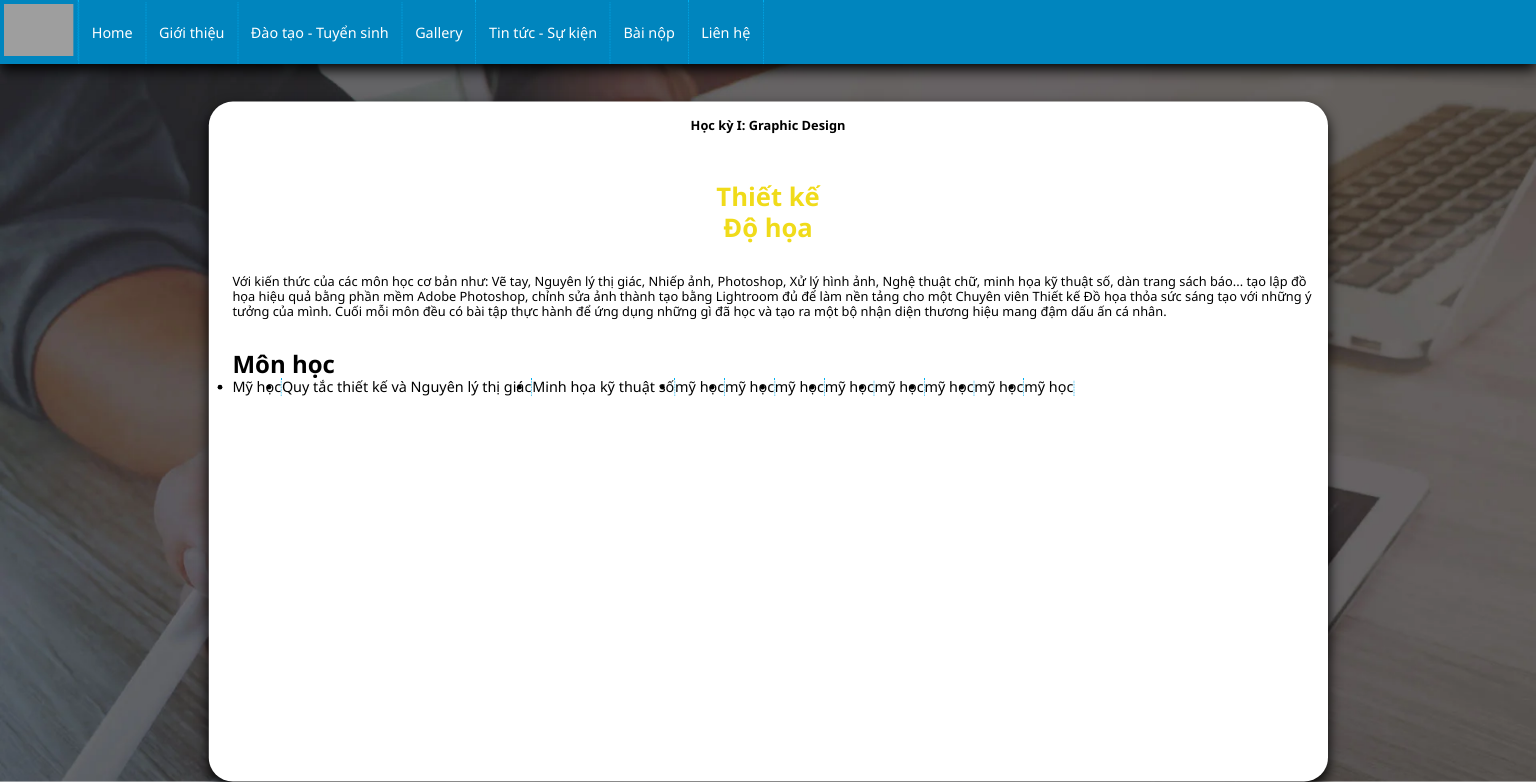
Repository: arena-dttan/dcw-final-exam-d2107m1
Page: final-list/DCW_Final_5_Nguyen-Thi-Thu-Huong_D2107M1/chuong-trinh-dao-tao.html
The author's editor kept a copy of each file at every save. The page is drawn from the files as they stood at one save, then again after a run of saves.
The browser window is 1280 px wide. The page is 1920 px wide, so the pictures cover 1920 px, including what lies to the right of the window. The pictures show the whole page, at 80% of full size.
Pictures or frames that could not be fetched are drawn as grey boxes.

Above is the page before, as saved 2022-06-26 19:40:38.

After the next 2 saves:
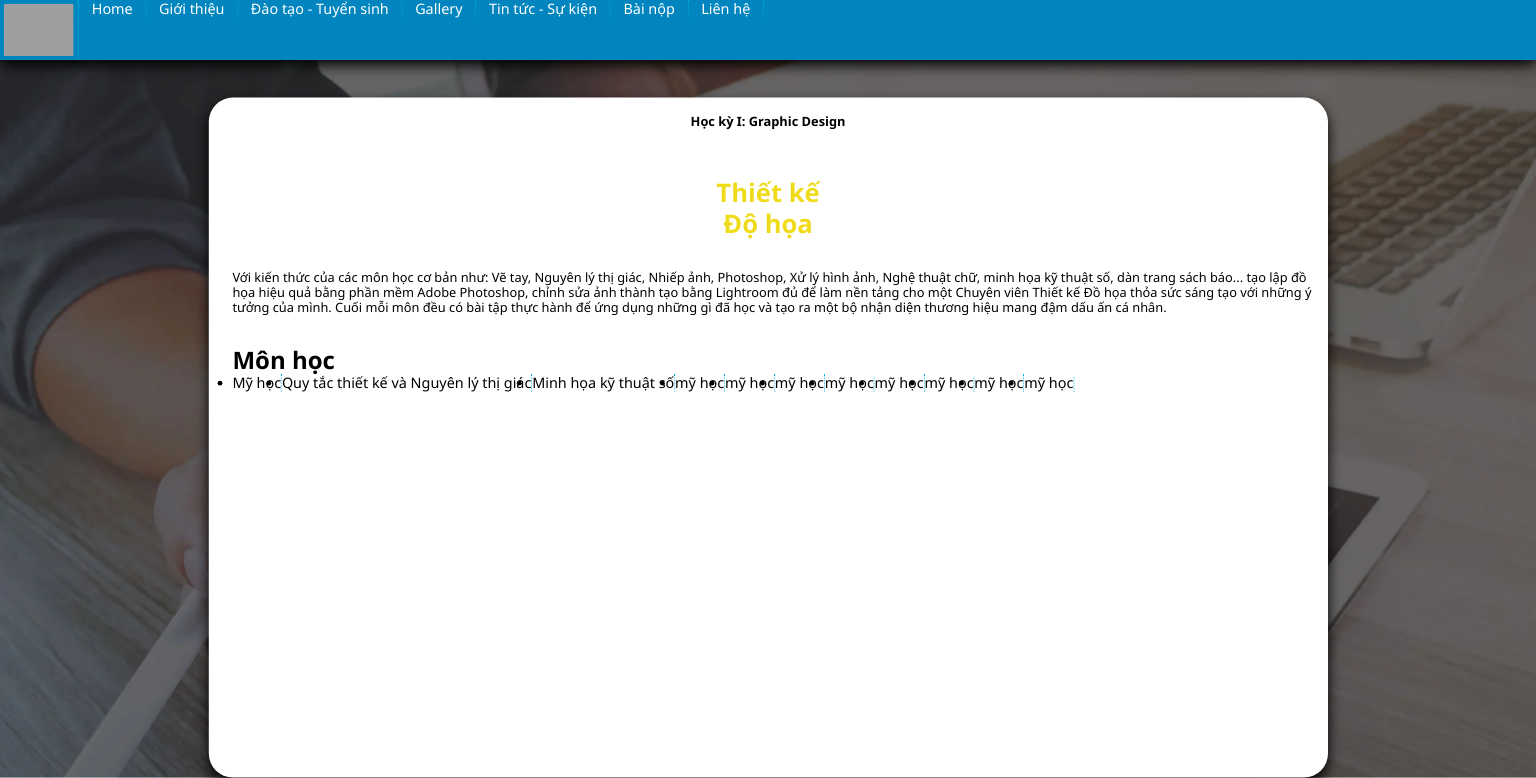
The 2 saves are shown as one change because they came seconds apart.
The last was saved 53 s later.
--- a/final-list/DCW_Final_5_Nguyen-Thi-Thu-Huong_D2107M1/chuong-trinh-dao-tao.html
+++ b/final-list/DCW_Final_5_Nguyen-Thi-Thu-Huong_D2107M1/chuong-trinh-dao-tao.html
@@ -31,7 +31,7 @@
 
 
     <div id="main-menu">
-        <ul class="menu">
+        <ul id="menu">
             <li ><img style="height: 65px; margin: 5px;;" src="images/logo.webp" alt="logo"> </li>
             <li class="home">
             <a href="./index.html"> Home</a>

After the save that followed:
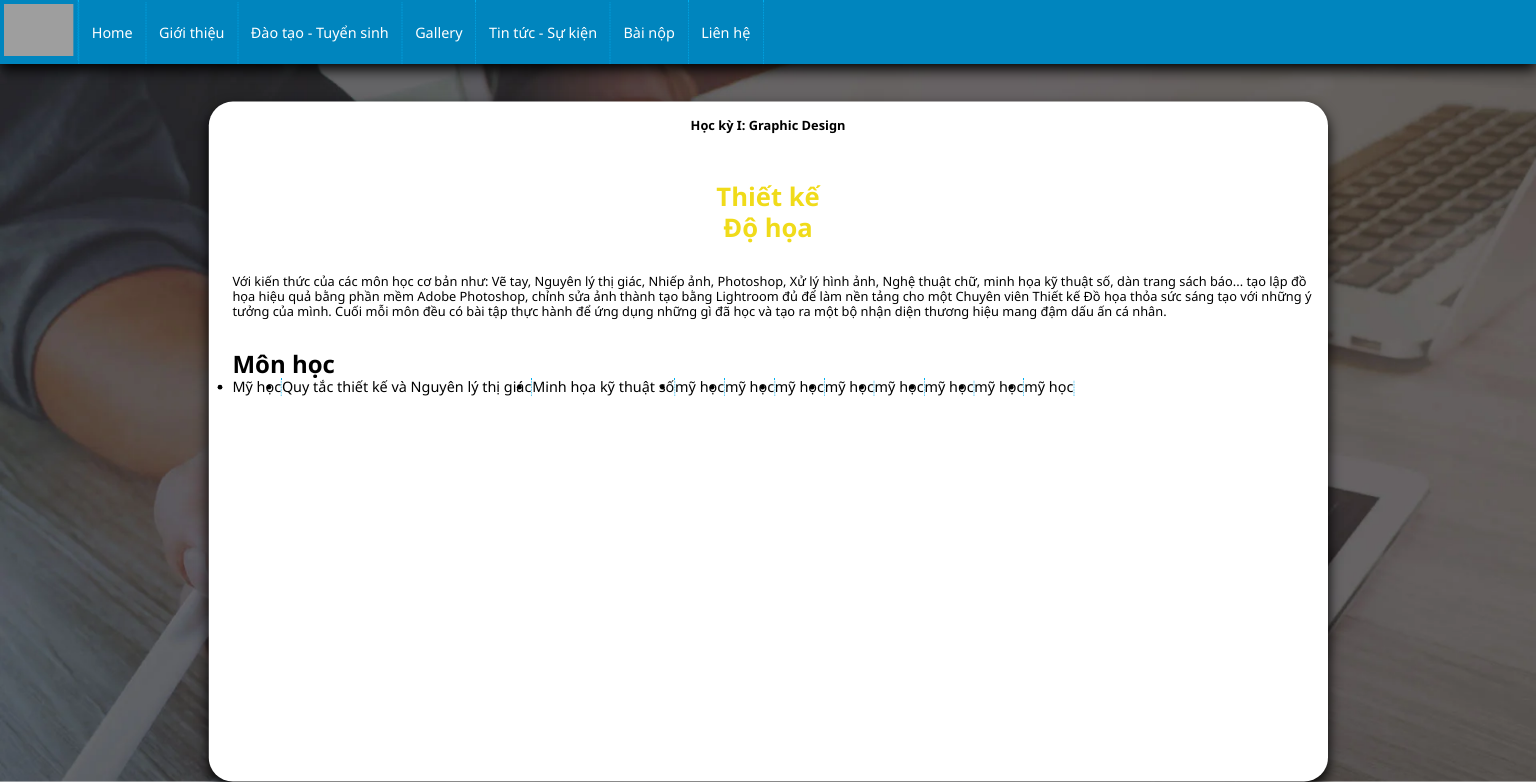
Saved 9 s later.
--- a/final-list/DCW_Final_5_Nguyen-Thi-Thu-Huong_D2107M1/chuong-trinh-dao-tao.html
+++ b/final-list/DCW_Final_5_Nguyen-Thi-Thu-Huong_D2107M1/chuong-trinh-dao-tao.html
@@ -31,7 +31,7 @@
 
 
     <div id="main-menu">
-        <ul id="menu">
+        <ul class="menu">
             <li ><img style="height: 65px; margin: 5px;;" src="images/logo.webp" alt="logo"> </li>
             <li class="home">
             <a href="./index.html"> Home</a>
